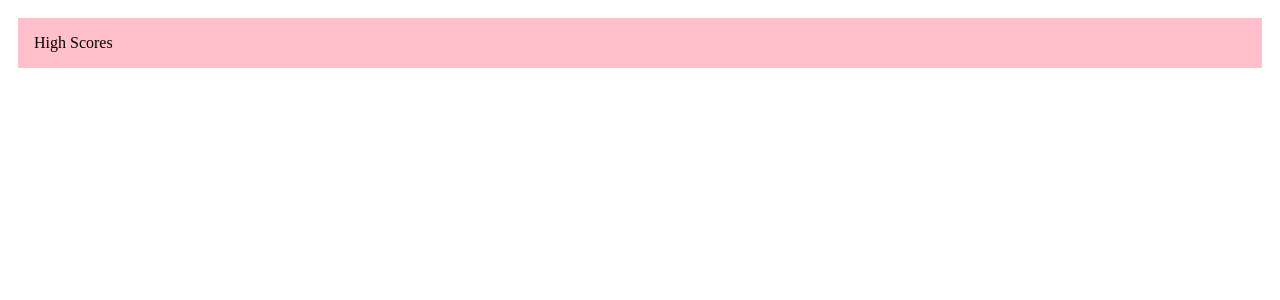
Repository: Naomilounsbury/code-quiz
Page: high-scores.html
An editor plug-in stored every save of this project. The page is shown before and after the next save, followed by the edit.
The browser window is 1280 px wide. The pictures show the whole page.

Above is the page before, as saved 2021-11-28 22:11:30.
Console error: TypeError: Cannot read properties of null (reading 'length')

### high-scores.html
<!DOCTYPE html>
<html lang="en">
<head>
    <meta charset="UTF-8">
    <meta http-equiv="X-UA-Compatible" content="IE=edge">
    <meta name="viewport" content="width=device-width, initial-scale=1.0">
    <title>high-scores</title>
    <link rel="stylesheet" href="./assets/css/styles.css">
</head>
<body>
    <header>High Scores</header>
    <section class="listofscores"></section>
    <script src = "assets/js/highscores.js"></script>
</body>
</html>

### assets/css/styles.css
*{
    box-sizing: border-box;
    align-content: center;
}
header {
    margin: 10px;
    padding: 16px;
    text-decoration-color: black;
    background-color: pink;


}
.high-scores{
    text-align: left;
}
.time{
    text-align: right;
}
h1{
    height: 100px;
    text-align: center;

}
.intro{
    align-content: center;
    text-align: center;
}
.question{
    align-content: center;
    justify-items: center;
    text-align: center;

}
button{
    display: flex;
    flex-wrap: wrap;
    position: relative;
    margin: 10px 0 5px 0;
    justify-content: center;
    padding: 16px;

}
.btn{
    align-content: center;
}

### assets/js/highscores.js
//so I went and selected for the html element
var list = document.querySelector(".listofscores")
//then i pulled the scored out of local storage
var highScores = localStorage.getItem("highScores")
highScores = JSON.parse(highScores)
//then I had to create elements on the page otherwise they wouldn't show up
//The only problem I'm having right now is that the last score is missing
for(var i=0; i < highScores.length-1; i++){
    if (highScores!== null){
    var listScores = document.createElement("li");
    listScores.textContent = highScores[i].initials + " " + highScores[i].score
    list.appendChild(listScores)

}
}

After the next save:
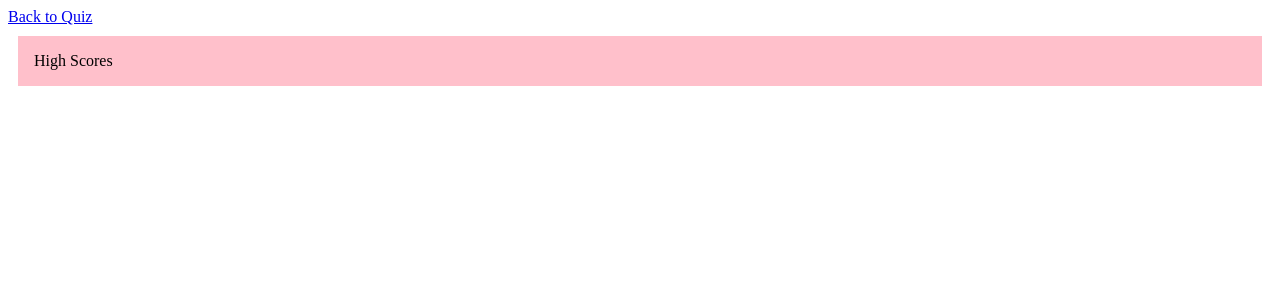
Saved 2 min 29 s later.
--- a/high-scores.html
+++ b/high-scores.html
@@ -8,6 +8,9 @@
     <link rel="stylesheet" href="./assets/css/styles.css">
 </head>
 <body>
+    <div class= "go-back">
+        <a href = index.html>Back to Quiz</a>
+    </div>
     <header>High Scores</header>
     <section class="listofscores"></section>
     <script src = "assets/js/highscores.js"></script>
